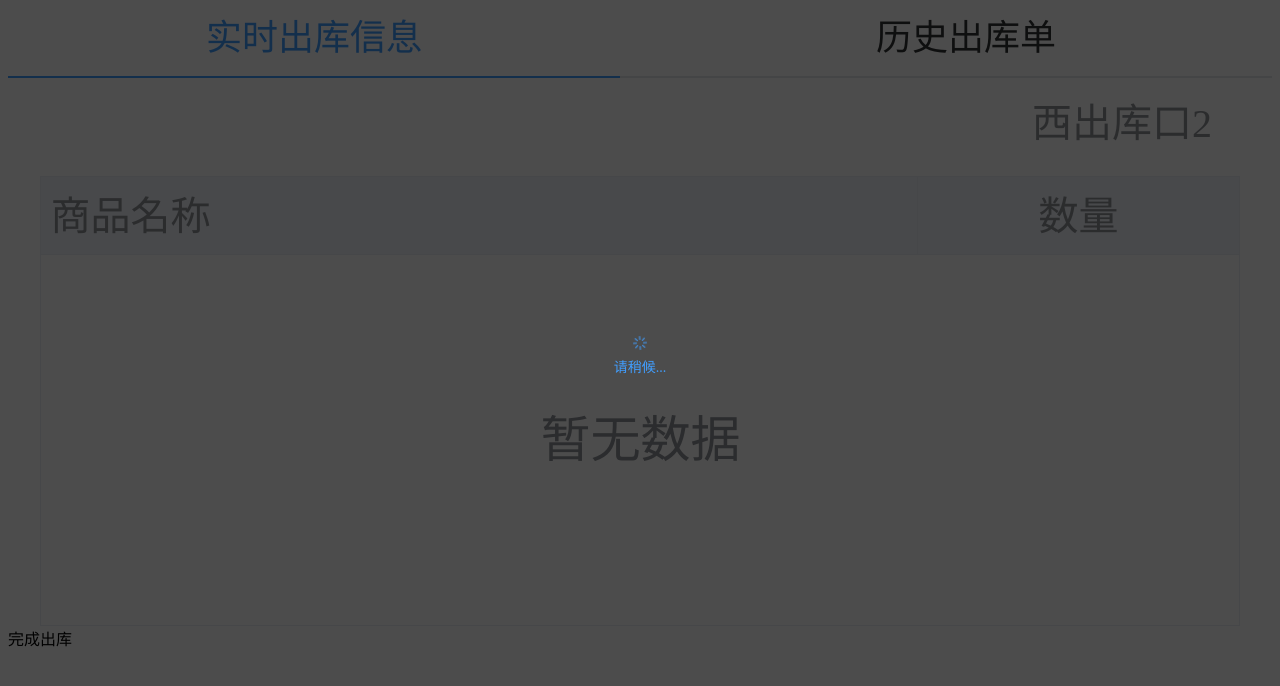
Repository: yaesass/yaesass
Page: /#/InStockDetail (app in scancode/)
These files come from the project's save history. The page is drawn as it stood at one moment and after the next save; the edit follows.
The browser window is 1280 px wide. The pictures show the whole page.
The page's requests for data from a server got no answer. The project was rebuilt for these pictures with package versions that can differ from the ones it lists, and the page was loaded fresh each time. No one was signed in, and anything a server would have sent is missing. Also part of the build but not shown: scancode/vue.config.js.

Above is the page before, as saved 2022-07-01 11:17:52.

### scancode/src/main.js
import Vue from 'vue'
import App from './App.vue'
import router from './router/index.js'

import ElementUI from 'element-ui';
import 'element-ui/lib/theme-chalk/index.css';

import axios from 'axios'
Vue.use(ElementUI);
Vue.config.productionTip = false
Vue.prototype.$axios = axios
new Vue({
  el: '#app',
  axios,
  router,
  render: h => h(App)
}).$mount('#app')

### scancode/src/App.vue
<template>
  <div id="app">
    <!-- Name {{ Name }} token {{ token }} Type {{ Type }} Remarks {{ Remarks }} -->
    <router-view></router-view>
  </div>
</template>
<script>
export default {
  name: "App",
  data() {
    return {
      // show: "",
      // activeName: "待生产订单",
      // list: [],
      // listLoading: true,
      // queryForm: {
      //   CurrentPage: 1,
      //   PageSize: 999999,
      // },
      // intervalId: null,
      // messageObj: "",
    };
  },
  created() {
    //获取winform数据
    let Name, token, Type, Remarks;
    // Name = this.getQueryString("Name");
    // token = "Bearer" + " " + this.getQueryString("token");
    // Type = this.getQueryString("DeliveryType");
    // Remarks = this.getQueryString("Remarks");
    token =
      "Bearer admin-accessToken-eyJ0eXAiOiJKV1QiLCJhbGciOiJIUzI1NiJ9.eyJpZCI6IkVBNDY5MDAwLUEwRTMtNDM2NS04OEU1LTYzNTk4MUQxNzM2NSIsIm5hbWUiOiLmiavnoIEifQ.ysDSnXIKlGLatjoH2wUIq0r65R8tv9DP_CH0vsOTbN0";
    Name = "out4";
    Type = "out";
    // Name = "in4";
    // Type = "in";
    Remarks = "西出库口2";
    if (Type == "in") {
      this.$router.push({
        name: "InStock",
        params: { Name, token, Type, Remarks },
      });
    } else {
      this.$router.push({
        name: "OutStock",
        params: { Name, token, Type, Remarks },
      });
    }
  },
  beforeDestroy() {
    // this.isDestroyed = true;
    // this.ws.close("测试");
  },
  methods: {
    //接收winform数据
    getQueryString(name) {
      var reg = new RegExp("(^|&)" + name + "=([^&]*)(&|$)");
      var r = window.location.search.substr(1).match(reg);
      if (r != null) return decodeURI(r[2]);
      return null;
    },
  },
};
</script>

### scancode/src/router/index.js
import Vue from 'vue'
import VueRouter from 'vue-router'
// import HomeView from '../views/mainPage/mainPage.vue'

Vue.use(VueRouter)

const routes = [
  {
    path: '/',
    name: 'home',
  },
  {
    path: '/InStock',
    name: 'InStock',
    // route level code-splitting
    // this generates a separate chunk (about.[hash].js) for this route
    // which is lazy-loaded when the route is visited.
    component: () => import(/* webpackChunkName: "about" */ '../views/InStock.vue')
  }, {
    path: '/InStockDetail',
    name: 'InStockDetail',
    // route level code-splitting
    // this generates a separate chunk (about.[hash].js) for this route
    // which is lazy-loaded when the route is visited.
    component: () => import(/* webpackChunkName: "about" */ '../views/InStockDetail.vue')
  }, {
    path: '/OutStock',
    name: 'OutStock',
    // route level code-splitting
    // this generates a separate chunk (about.[hash].js) for this route
    // which is lazy-loaded when the route is visited.
    component: () => import(/* webpackChunkName: "about" */ '../views/OutStock.vue')
  }
]



const router = new VueRouter({
  routes
})

export default router

### scancode/src/views/InStockDetail.vue
<template>
  <div>
    <div class="orderName">{{ orderName }}</div>
    <el-table
      :data="list"
      border
      :header-cell-style="{
        background: '#F2F6FC',
        height: '48px',
        color: '#909399',
        fontSize: '40px',
      }"
      :cell-style="{ padding: '0px' }"
      :row-style="{ height: '97px' }"
      style="font-size: 50px; width: 910px; margin: 0 auto"
      ref="table"
      height="450"
    >
      <el-table-column label="商品名称" style="heihgt: 97px">
        <template slot-scope="scope">
          <span v-html="scope.row.name"></span>
        </template>
      </el-table-column>
      <el-table-column align="center" label="数量" width="323">
        <template slot-scope="scope">
          <div style="color: red">{{ scope.row.num }}</div>
        </template>
      </el-table-column>
    </el-table>
    <div
      style="display: flex; justify-content: space-between; margin: 50px 100px"
    >
      <div v-if="list == ''" class="inzeroa" @click="EditCloseOrderState()">
        <div class="btntxt">取消入库</div>
      </div>
      <div v-else class="inzeroa" @click="DelCodeOrder()">
        <div class="btntxt">回滚订单</div>
      </div>
      <div class="inzero" @click="finish()" disabled>
        <div class="btntxt">完成入库</div>
      </div>
    </div>
  </div>
</template>

<script>
export default {
  name: "InStock",
  data() {
    return {
      token: "",
      Name: "",
      Type: "",
      Remarks: "",
      orderName: "",
      list: [], //列表数据
      errMessage: "", //网络异常提示
      ws: "", //websocket
    };
  },
  created() {
    this.token = this.$route.params.token;
    this.Name = this.$route.params.Name;
    this.Type = this.$route.params.Type;
    this.Remarks = this.$route.params.Remarks;

    this.GetScanningOrder();

    // console.log("扫码页", this.$route.params);
  },
  mounted() {},

  destroyed() {
    // 页面销毁
  },
  methods: {
    //查询有没有正在扫码的订单
    GetScanningOrder(e) {
      let that = this;
      that.list = [];
      that.$axios
        .post(
          "https://www.moondeity.com:8308/api/Areas/OrderInfo/GetScanningOrder",
          {
            Type: that.Name,
          },
          {
            headers: {
              Authorization: that.token,
            },
          }
        )
        .then(function (response) {
          let reqdata = response.data.data;
          // console.log("查询入库订单状态", reqdata.dt);
          if (that.ws != "") {
            that.ws.onclose = function () {
              console.log("主动关闭websocket");
            };
            that.ws.close();
          }
          if (reqdata.dt != "") {
            if (reqdata.dt[0].RealQuantity > 0) {
              //显示已扫描数据
              let num = reqdata.dt[0].RealQuantity;
              let name = reqdata.dt[0].Remarks.split(">")[1].split("第")[0]; //截取remarks获得产品名
              that.list.push({
                id: reqdata.dt[0].ProductId,
                name,
                num,
              });
              console.log("表格list", that.list);
            }
            that.Id = reqdata.dt[0].Id;
            that.orderName = reqdata.dt[0].Remarks.replace("<br/>", "");
            that.start();
          } else {
            let { Name, token, Type, Remarks } = that;
            that.$router.push({
              name: "InStock",
              params: { Name, token, Type, Remarks },
            });
          }
        })
        .catch(function (error) {
          console.log("查询入库订单状态error", error);
          if (that.errMessage == "") {
            if (e == "err") {
              that.$loading().close();
            }
            that.$loading({
              lock: true,
              text: "网络异常，重新连接中",
              spinner: "el-icon-loading",
              background: "rgba(0, 0, 0, 0.7)",
            });
          }

          setTimeout(() => {
            that.GetScanningOrder("err");
          }, 3000);
        });
    },

    //开始websocket
    start() {
      this.$loading({
        lock: true,
        text: "正在与服务器连接...",
        spinner: "el-icon-loading",
        background: "rgba(0, 0, 0, 0.7)",
      });
      let webhttp = "ws://192.168.99.175:8383/" + this.Name;
      var that = this;
      if (window.WebSocket) {
        console.log("  that.ws ", that.ws);

        var wsImpl = window.WebSocket || window.MozWebSocket;
        that.ws = new wsImpl(webhttp);

        that.ws.onmessage = function (e) {
          console.log("Socket消息", e);
          if (e.data != "connect") {
            let temp = JSON.parse(e.data);
            console.log("websocket数据", temp);
            if (temp.code == 201) {
              const h = that.$createElement;
              let tempHtml = h(
                "p",
                {
                  style:
                    " width: 100%; display:flex;align-items: center;justify-content: space-between;",
                },
                [h("span", undefined, temp.msg)]
              );
              that.messageObj = that.$message({
                dangerouslyUseHTMLString: true,
                duration: 2000,
                type: "warning",
                message: tempHtml,
                customClass: "workShop_message",
              });
            }
            if (temp.code == 200) {
              let id = temp.data.Id,
                name = temp.data.Name;
              if (that.list.length == 0) {
                that.list.push({
                  id,
                  name,
                  num: 1,
                });
              } else {
                let key = false,
                  t;
                for (let i in that.list) {
                  if (id == that.list[i].id) {
                    key = true;
                    t = i;
                    that.list[i].num++;
                    break;
                  }
                }
                if (key) {
                  let temp = that.list[t];
                  that.list.splice(t, 1);
                  that.list.push(temp);
                } else {
                  that.list.push({
                    id,
                    name,
                    num: 1,
                  });
                }
              }
              // setTimeout(() => {
              //   that.$refs.table.bodyWrapper.scrollTop =
              //     that.$refs.table.bodyWrapper.scrollHeight;
              // }, 50);
            }
          }
        };
        that.ws.onopen = function () {
          // that.message("连接成功");
          that.$loading().close();

          if (that.errMessage != "") {
            that.errMessage.close();
            that.errMessage = "";
          }
        };
        that.ws.onclose = function (e) {
          console.log("close", e);

          that.reconnect();
        };
        that.ws.error = function () {
          console.log("error");

          that.reconnect();
        };
      }
    },

    reconnect() {
      console.log("reconnect连接断开");

      if (this.errMessage == "") {
        this.$loading().close();
        this.$loading({
          lock: true,
          text: "网络异常，重新连接中...",
          spinner: "el-icon-loading",
          background: "rgba(0, 0, 0, 0.7)",
        });
        const h = this.$createElement;
        let tempHtml = h(
          "p",
          {
            style:
              " width: 100%; display:flex;align-items: center;justify-content: space-between;",
          },
          [h("span", undefined, "网络异常，重新连接中")]
        );
        this.errMessage = this.$message({
          dangerouslyUseHTMLString: true,
          duration: 0,
          type: "error",
          message: tempHtml,
          customClass: "workShop_message",
        });
      }
      var that = this;
      setTimeout(function () {
        that.GetScanningOrder();
      }, 5000);
    },

    //入库订单没有扫码的情况下取消
    EditCloseOrderState() {
      let that = this;
      that
        .$confirm("此操作将取消入库, 是否继续?", "提示", {
          confirmButtonText: "确定",
          cancelButtonText: "取消",
          type: "warning",
        })
        .then(() => {
          that.$axios
            .post(
              "https://www.moondeity.com:8308/api/Areas/OrderInfo/EditCloseOrderState",
              {
                OrderId: that.Id,
              },
              {
                headers: {
                  Authorization: that.token,
                },
              }
            )
            .then(function (response) {
              console.log("入库订单没有扫码的情况下取消", response.data.msg);
              that.message(response.data.msg);
              that.GetScanningOrder();
            })
            .catch(function (error) {
              console.log(error);
            });
        })
        .catch(() => {});
    },

    //入库订单已经扫码的情况下回滚
    DelCodeOrder() {
      let that = this;
      that
        .$confirm("此操作将回滚订单且需重新扫描产品, 是否继续?", "提示", {
          confirmButtonText: "确定",
          cancelButtonText: "取消",
          type: "warning",
        })
        .then(() => {
          that.$axios
            .post(
              "https://www.moondeity.com:8308/api/Areas/OrderInfo/DelCodeOrder",
              {
                Id: that.Id,
              },
              {
                headers: {
                  Authorization: that.token,
                },
              }
            )
            .then(function (response) {
              console.log("入库订单已经扫码的情况下回滚", response.data.msg);
              that.GetScanningOrder();
            })
            .catch(function (error) {
              console.log("入库订单已经扫码的情况下回滚", error);
            });
        })
        .catch(() => {
          // that.message("已取消回滚");
        });
    },

    //完成入库按钮
    finish() {
      let that = this;

      this.$confirm("此操作将上传订单且无法修改, 是否继续?", "提示", {
        confirmButtonText: "确定",
        cancelButtonText: "取消",
        type: "warning",
      })
        .then(() => {
          this.$loading({
            lock: true,
            text: "请稍候...",
            spinner: "el-icon-loading",
            background: "rgba(0, 0, 0, 0.7)",
          });
          that.$axios
            .post(
              "https://www.moondeity.com:8308/api/Areas/OrderInfo/EditOrderState",
              {
                OrderId: that.Id,
                StockType: that.Name,
                StockState: 0,
              },
              {
                headers: {
                  Authorization: that.token,
                },
              }
            )
            .then(function (response) {
              //console.log('EditOrderStateresponse', response.data.msg)
              that.$loading().close();
              that.message(response.data.msg);
              that.GetScanningOrder();
            })
            .catch(function (error) {
              console.log(error);
            });
        })
        .catch(() => {});
    },

    //弹窗提示
    message(msg) {
      //console.log('message')
      if (msg == "success") {
        msg = "成功";
      }
      if (msg == "修改成功") {
        msg = "操作成功";
      }
      const h = this.$createElement;
      let tempHtml = h(
        "p",
        {
          style:
            " width: 100%; display:flex;align-items: center;justify-content: space-between;",
        },
        [h("span", undefined, msg)]
      );
      if (msg.indexOf("成功") != "-1") {
        this.$message({
          dangerouslyUseHTMLString: true,
          duration: 2000,
          type: "success",
          message: tempHtml,
          customClass: "workShop_message",
        });
        return true;
      } else {
        this.$message({
          dangerouslyUseHTMLString: true,
          duration: 2000,
          type: "error",
          message: tempHtml,
          customClass: "workShop_message",
        });
        return false;
      }
    },
  },
};
</script>

<style>
.orderName {
  width: 95%;
  margin: 30px auto;
  font-size: 36px;
  text-align: center;
  overflow: hidden;
  text-overflow: ellipsis;
  white-space: nowrap;
}
.el-table .cell {
  line-height: 50px;
  font-weight: 300;
}
.el-message-box {
  width: 75%;
}
.el-message-box__header,
.el-message-box__status {
  display: none;
}

.el-message-box__message {
  padding: 0 12px !important;
}

.el-message-box__message p {
  padding: 20px 0;
  font-size: 36px;
  line-height: 50px;
}

.el-message-box__btns button {
  margin-left: 40px !important;
  padding: 10px 30px;
  font-size: 36px;
  line-height: 50px;
}

.inzeroa {
  display: flex;
  width: 264px;
  height: 81px;
  border-radius: 15px;
  background: #d8d8d8;
}

.inzeroa .btntxt {
  margin: auto;
  font-size: 50px;
  font-weight: 300;
  color: #aaaaaa;
}

.inzero {
  display: flex;
  width: 264px;
  height: 81px;
  border-radius: 15px;
  background: #409eff;
}

.inzero .btntxt {
  margin: auto;
  font-size: 50px;
  font-weight: 300;
  color: #ffffff;
}
</style>

### scancode/src/views/OutStock.vue
<template>
  <el-tabs v-model="activeName" @tab-click="handleClick">
    <el-tab-pane label="实时出库信息" class="counttable" name="实时出库信息">
      <div class="count">
        <div class="counttxt">{{ Remarks }}</div>
      </div>
      <el-table
        :data="tableData"
        border
        :header-cell-style="{
          background: '#F2F6FC',
          height: '48px',
          color: '#909399',
          fontSize: '40px',
        }"
        style="width: 95%; margin: 40px auto 0 auto; font-size: 50px"
        :cell-style="totalcellcolor"
        height="450"
        :row-style="{ height: '48px' }"
      >
        <el-table-column label="商品名称" style="heihgt: 97px">
          <template slot-scope="scope">
            <span v-html="scope.row.name"></span>
          </template>
        </el-table-column>
        <el-table-column align="center" label="数量" width="323">
          <template slot-scope="scope">
            <div style="color: red">{{ scope.row.num }}</div>
          </template>
        </el-table-column>
      </el-table>
      <div class="zero" @click="zero()">
        <div class="btntxt">完成出库</div>
      </div>
    </el-tab-pane>
    <el-tab-pane label="历史出库单" class="counttable" name="历史出库单">
      <el-table
        :data="tableData"
        border
        :header-cell-style="{
          background: '#F2F6FC',
          height: '48px',
          color: '#909399',
          fontSize: '40px',
        }"
        style="width: 910px; margin: 40px auto; font-size: 25px"
        :cell-style="totalcellcolor"
        height="450"
        :row-style="{ height: '48px' }"
      >
        <el-table-column align="center" prop="product" label="产品名称">
        </el-table-column>
        <el-table-column align="center" prop="time" label="时间">
        </el-table-column>
        <el-table-column align="center" prop="num" label="出库数量">
        </el-table-column>
        <el-table-column align="center" prop="state" label="出库类型">
        </el-table-column>
      </el-table>
    </el-tab-pane>
  </el-tabs>
</template>

<script>
export default {
  name: "InStock",
  data() {
    return {
      token: "",
      Name: "",
      Type: "",
      Remarks: "",
      activeName: "实时出库信息",
      tableData: [], //列表数据
    };
  },
  created() {
    this.token = this.$route.params.token;
    this.Name = this.$route.params.Name;
    this.Type = this.$route.params.Type;
    this.Remarks = this.$route.params.Remarks;

    // console.log("this.$route.params", this.$route.params);
  },
  mounted() {
    this.GetOrderOut();
  },

  destroyed() {
    // 在页面销毁
  },
  methods: {
    //选项卡
    handleClick(e) {
      console.log("点击tab", e.name);
      if (e.name == "实时出库信息") {
        this.GetOrderOut();
      }
      // else {

      // }
    },

    //查询已激活出库单
    GetOrderOut() {
      let that = this;
      this.$loading({
        lock: true,
        text: "请稍候...",
        spinner: "el-icon-loading",
        background: "rgba(0, 0, 0, 0.7)",
      });
      that.$axios
        .post(
          "https://www.moondeity.com:8308/api/Areas/OrderInfo/GetOrderOut",
          {
            Name: that.Name,
          },
          {
            headers: {
              Authorization: that.token,
            },
          }
        )
        .then(function (res) {
          that.$loading().close();
          let reqData = res.data;
          console.log("查询已激活出库单", reqData);
          if (reqData.code == "200") {
            if (reqData.msg == "无激活订单") {
              that.setData({
                outState: "开始出库",
              });
              that.data.outOrderId = "";
            } else {
              that.setData({
                outState: "出库中",
              });
              that.data.outOrderId = reqData.data.model.Id;
              that.GetOrderOutListDetail();
            }
          } else {
            that.message(reqData.msg);
          }
        })
        .catch(function (error) {
          console.log(error);
        });
    },

    //查询出库单明细
    GetOrderOutListDetail() {
      let that = this,
        OrderId = that.data.outOrderId;
      this.$loading({
        lock: true,
        text: "请稍候...",
        spinner: "el-icon-loading",
        background: "rgba(0, 0, 0, 0.7)",
      });

      that.$axios
        .post(
          "https://www.moondeity.com:8308/api/Areas/OrderInfo/GetOrderOutListDetail",
          {
            OrderId,
          },
          {
            headers: {
              Authorization: that.token,
            },
          }
        )
        .then(function (res) {
          that.$loading().close();
          let reqData = res.data;
          console.log("查询出库单明细", reqData);

          if (reqData.code == "200") {
            let dt = reqData.data.dts;
            if (dt == "") {
              that.setData({
                list: [],
              });
              // console.log("无返回", that.data.list);
            } else {
              that.setData({
                list: dt,
              });
            }
          } else {
            that.message(reqData.msg);
          }
        })
        .catch(function (error) {
          console.log(error);
        });
    },
    //弹窗提示
    message(msg) {
      //console.log('message')
      if (msg == "success") {
        msg = "成功";
      }
      const h = this.$createElement;
      let tempHtml = h(
        "p",
        {
          style:
            " width: 100%; display:flex;align-items: center;justify-content: space-between;",
        },
        [h("span", undefined, msg)]
      );
      if (msg.indexOf("成功") != "-1") {
        this.$message({
          dangerouslyUseHTMLString: true,
          duration: 2000,
          type: "success",
          message: tempHtml,
          customClass: "workShop_message",
        });
        return true;
      }
      if (msg == "网络连接失败") {
        this.$message({
          dangerouslyUseHTMLString: true,
          duration: 2000,
          type: "error",
          message: tempHtml,
          customClass: "workShop_message",
        });
        return false;
      } else {
        this.$message({
          dangerouslyUseHTMLString: true,
          duration: 2000,
          type: "error",
          message: tempHtml,
          customClass: "workShop_message",
        });
        return false;
      }
    },
    totalcellcolor({ row, column, rowIndex, columnIndex }) {
      row, column, rowIndex;
      if (columnIndex == 1) {
        return "color:red";
      }
    },
  },
};
</script>

<style>
.el-table {
  width: 100%;
  display: flex;
  flex-direction: column;
}

.el-table__body-wrapper {
  flex: 1;
}

.el-tabs__nav {
  width: 100%;
}
.el-tabs__item {
  margin-top: 10px;
  width: 50%;
  height: 60px;
  text-align: center;
  font-size: 36px;
  font-weight: 300;
  letter-spacing: 0em;
}

.count {
  display: flex;
  justify-content: right;
  margin: 20px 60px 20px 0;
}

.count .counttxt {
  font-size: 40px;
  font-weight: normal;
  line-height: 24px;
  letter-spacing: 0px;
  color: #909399;
}

.counttable .el-table .cell {
  line-height: 50px;
  font-weight: 300;
}

.workShop_message {
  width: 40%;
  font-size: 30px;
  color: #ff7d38;
}

.workShop_message .btn {
  padding: 5px 10px;
  cursor: pointer;
  background: #ffb89143;
  border: 2px solid #ffb89143;
  border-radius: 10px;
}
</style>

Loaded but not shown: scancode/public/index.html (common file)

After the next save:
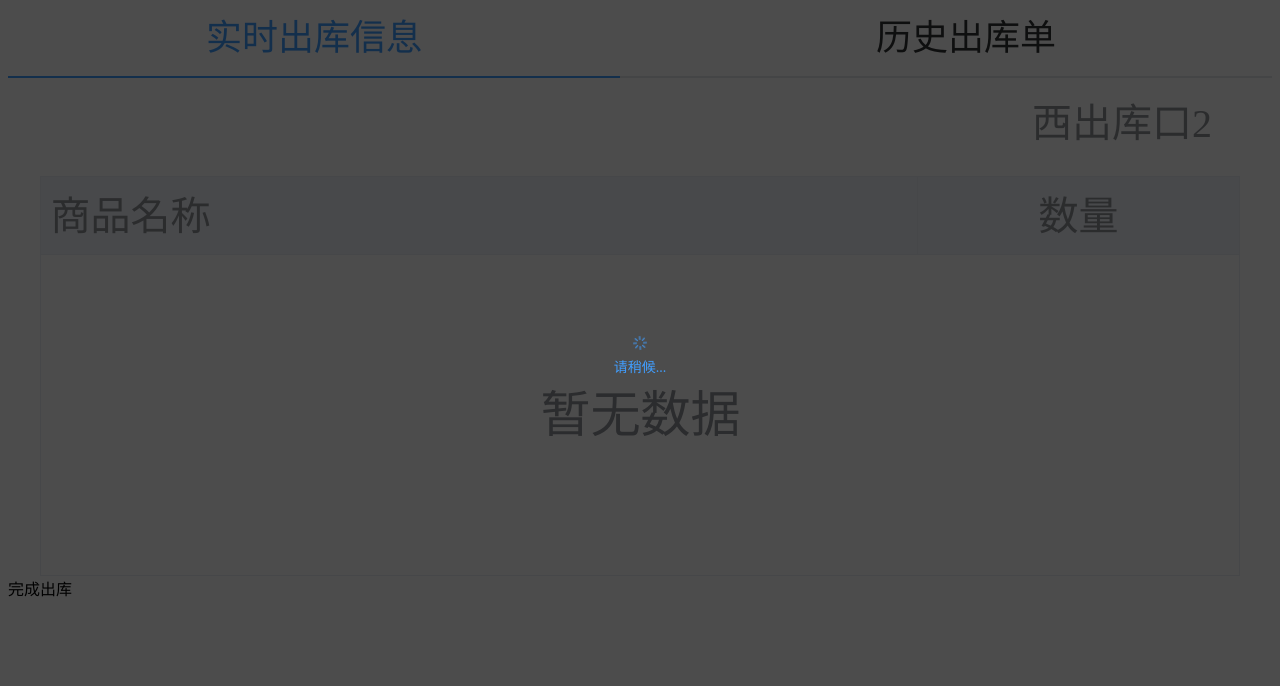
Saved 17 s later.
--- a/scancode/src/views/OutStock.vue
+++ b/scancode/src/views/OutStock.vue
@@ -15,7 +15,7 @@
         }"
         style="width: 95%; margin: 40px auto 0 auto; font-size: 50px"
         :cell-style="totalcellcolor"
-        height="450"
+        height="400"
         :row-style="{ height: '48px' }"
       >
         <el-table-column label="商品名称" style="heihgt: 97px">
